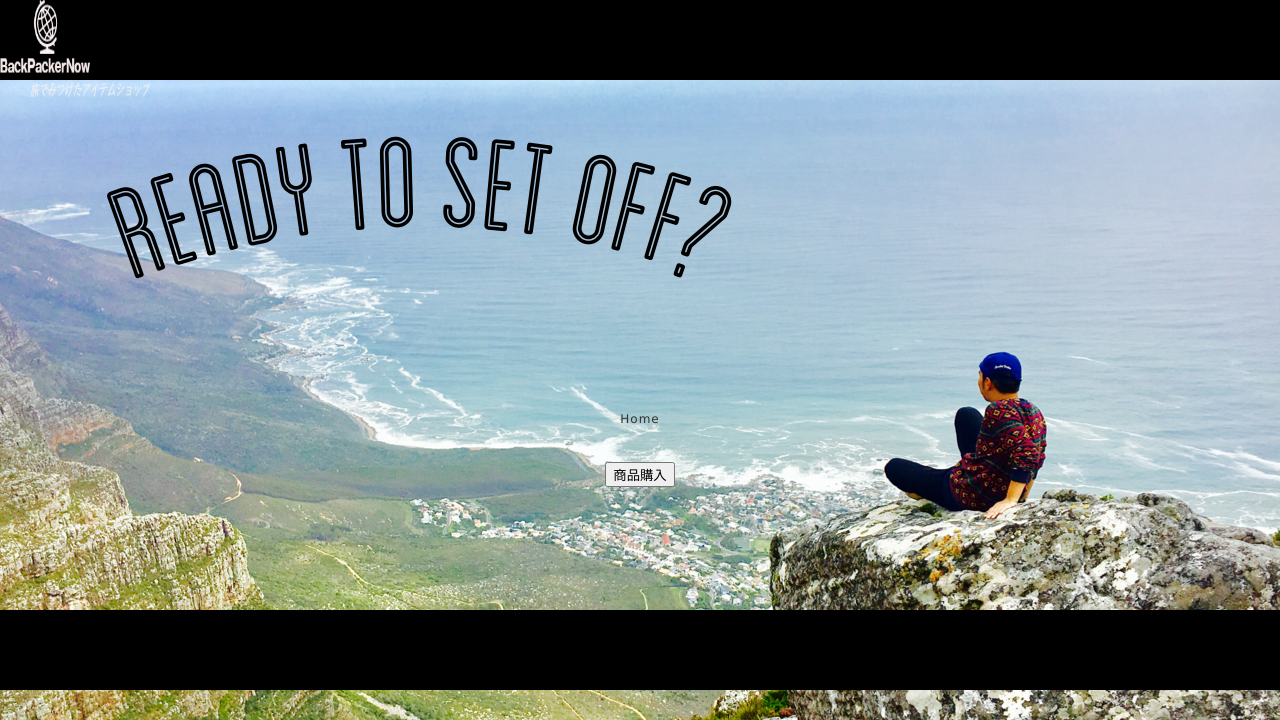
Repository: yanaiwataru/test
Page: http://localhost/ecsite/
An editor plug-in stored every save of this project. The page is shown before and after the next save, followed by the edit.
The browser window is 1280 px wide. The pictures show the whole page.
The page is served by Tomcat 9. Other server files are loaded and not shown.

Above is the page before, as saved 2018-03-12 08:46:18.

### ecsite/WebContent/home.jsp
<%@ page language="java" contentType="text/html; charset=UTF-8"

pageEncoding="UTF-8"%>

<%@ taglib prefix="s" uri="/struts-tags"%>
<!DOCTYPE html>
<html>
<head>

<meta http-equiv="Content-Type" content="text/html; charset=utf-8" />
<meta http-equiv="Content-Style-Type" content="text/css" />
<meta http-equiv="Content-Script-Type" content="text/javascript" />
<meta http-equiv="imagetoolbar" content="no" />
<meta name="description" content="" />
<meta name="keywords" content="" />
<link rel="stylesheet"type="text/css" href="css/ecsite.css">
<title>Home画面</title>
<style type="text/css">
.logo{
height: 100px;
width: 150px
}

p{
padding-top:300px;
}

</style>

</head>
<body>

<div id="header">

<div id="pr">

<img class="logo" src="./image/logo.png">
</div>

</div>
<div id="main">

<div id="top">
<p>Home</p>

</div>
<div id=”text-center”>

<s:form action="HomeAction">

<s:submit id="button" value="商品購入"/>

</s:form>
<s:if test="#session.id != null">

<p>ログアウトする場合は

<a href='<s:url action="LogoutAction" />'>こちら</a></p>

</s:if>

</div>

</div>
<div id="footer">





<div id="pr">
</div>

</div>

</body>
</html>

### ecsite/WebContent/css/ecsite.css
@CHARSET "UTF-8";



body {
margin:0;
padding:0;
line-height:1.6;
letter-spacing:1px;
font-family:Verdana, Helvetica, sans-serif;
font-size:12px;
color:#333;
background:#fff;
background-image: url("../image/readytosetoff.png");

background-size:auto;


  /* 画像を常に天地左右の中央に配置 */
  background-position: center center;

  /* 画像をタイル状に繰り返し表示しない */
  background-repeat: no-repeat;

  /* コンテンツの高さが画像の高さより大きい時、動かないように固定 */
  background-attachment: fixed;

  /* 表示するコンテナの大きさに基づいて、背景画像を調整 */
  background-size: cover;

  /* 背景画像が読み込まれる前に表示される背景のカラー */
  background-color: #464646;


}

table {
text-align:center;
margin:0 auto;
}
/* ========ecsite LAYOUT======== */
#top {
width:780px;
margin:30px auto;
}

#header {
width: 100%;
height: 80px;
background-color: black;
}
#main {
width: 100%;
height: 500px;
text-align: center;
}
#footer {
width: 100%;
height: 80px;
background-color: black;
clear:both;
}
#text-center {
display: inline-block;
text-align: center;

}

After the next save:
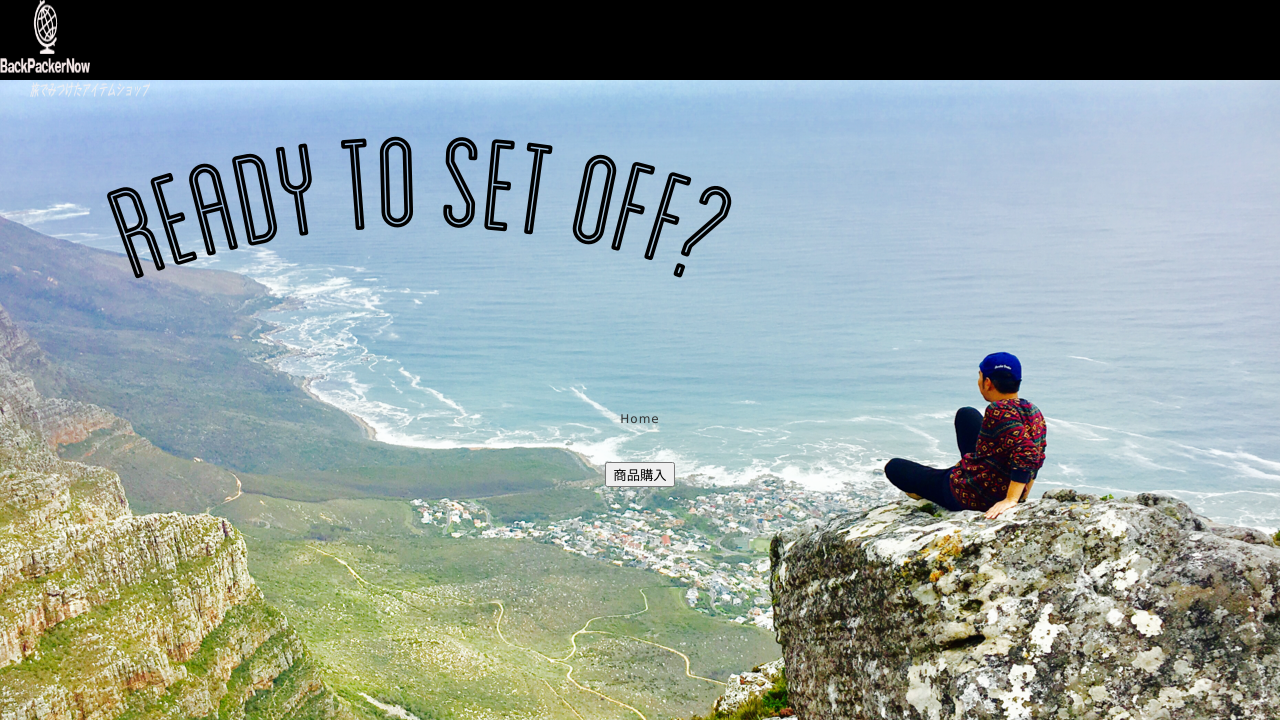
Saved 73 s later.
--- a/ecsite/WebContent/css/ecsite.css
+++ b/ecsite/WebContent/css/ecsite.css
@@ -54,12 +54,7 @@
 height: 500px;
 text-align: center;
 }
-#footer {
-width: 100%;
-height: 80px;
-background-color: black;
-clear:both;
-}
+
 #text-center {
 display: inline-block;
 text-align: center;
